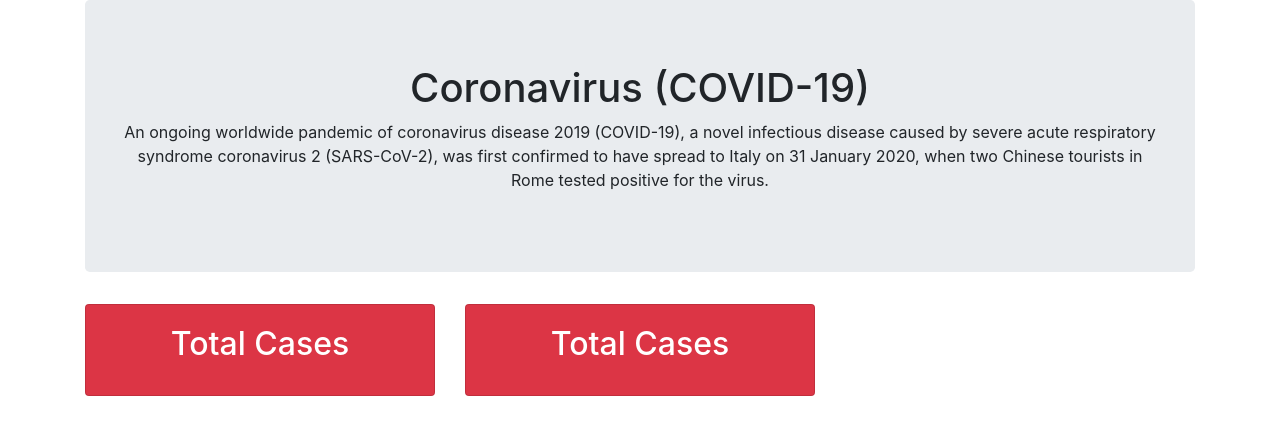
Repository: ahmadsaadkhan/react-covid-app
Page: /
The author's editor kept a copy of each file at every save. The page is drawn from the files as they stood at one save, then again after the next save.
The browser window is 1280 px wide. The pictures show the whole page.
The page's requests for data from a server got no answer. The project was rebuilt for these pictures with package versions that can differ from the ones it lists, and the page was loaded fresh each time. No one was signed in, and anything a server would have sent is missing.

Above is the page before, as saved 2021-04-19 15:55:57.

After the next save:
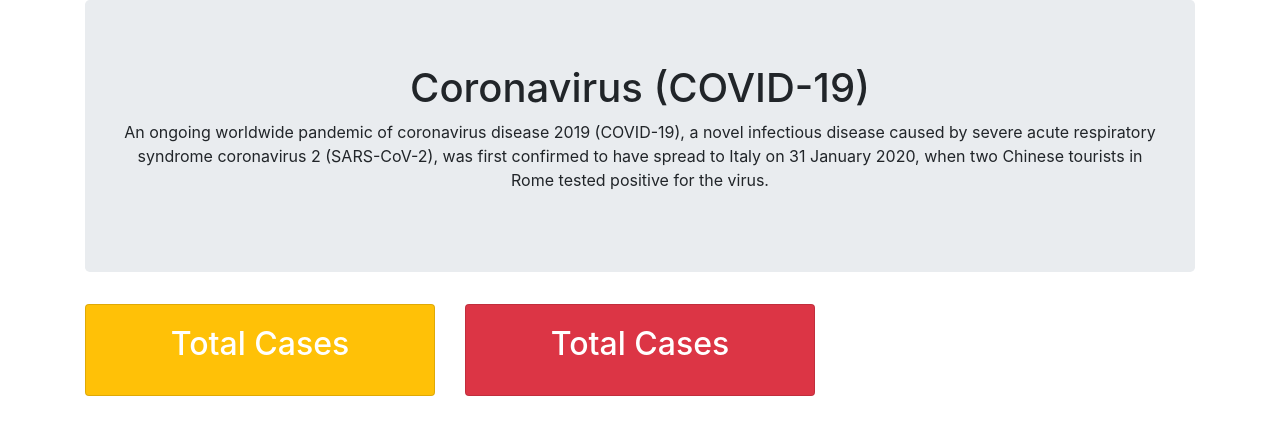
Saved 45 s later.
--- a/src/App.js
+++ b/src/App.js
@@ -42,7 +42,7 @@ function App() {
         </div>
         <div className="row">
           <div className="col-md-4">
-            <div className="card text-white bg-danger mb-3">
+            <div className="card text-white bg-warning mb-3">
               <div className="card-body">
                 <h2 className="card-title"> Total Cases</h2>
                 <p className="card-text h3">{Covid_Data && Covid_Data[0].TotalCases}</p>
@@ -53,7 +53,7 @@ function App() {
             <div className="card text-white bg-danger mb-3">
               <div className="card-body">
                 <h2 className="card-title"> Total Cases</h2>
-                <p className="card-text h3">{Covid_Data && Covid_Data[0].TotalCases}</p>
+                <p className="card-text h3">{Covid_Data && Covid_Data[0].TotalDeaths}</p>
               </div>
             </div>
           </div>
